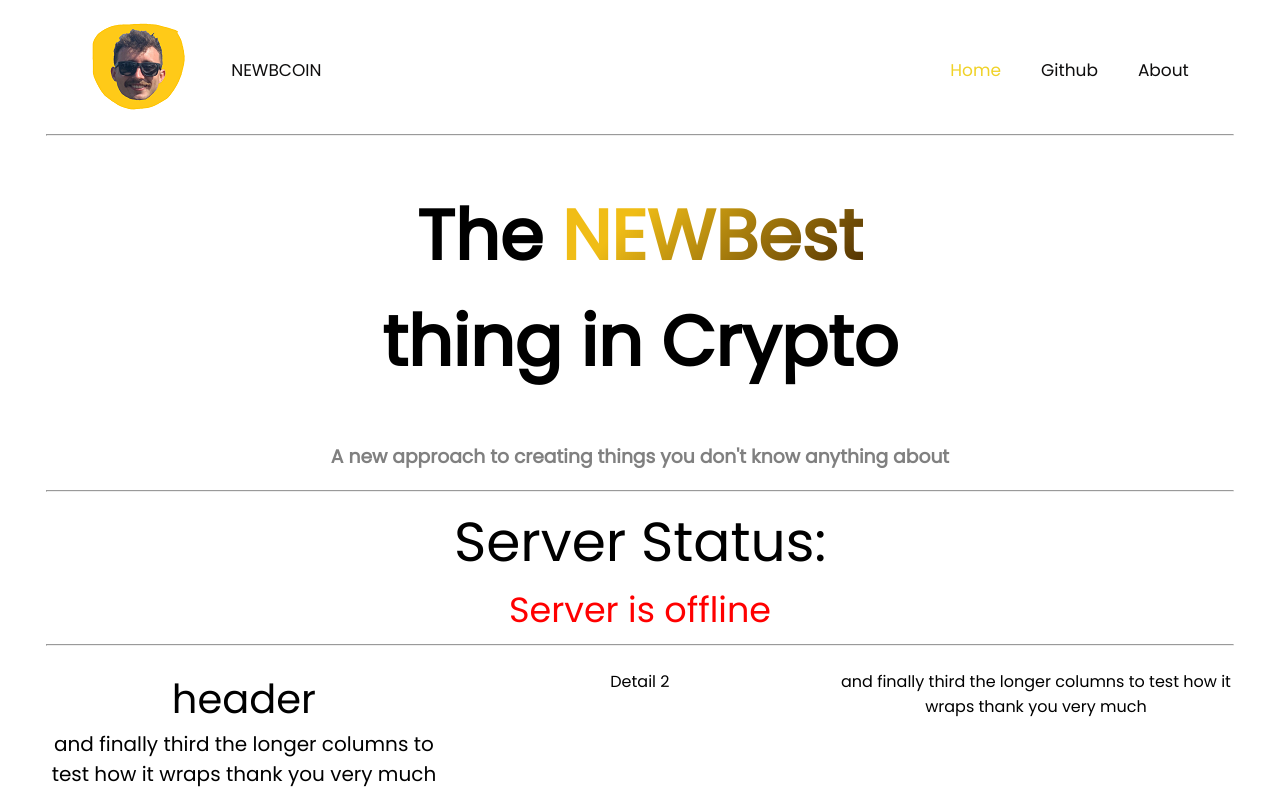
Repository: heartcut/NEWBCOINsite
Page: index.html
The author's editor kept a copy of each file at every save. The page is drawn from the files as they stood at one save, then again after the next save.
The browser window is 1280 px wide. The pictures show the whole page.
The page's requests for data from a server got no answer.

Above is the page before, as saved 2022-02-09 02:17:57.

### index.html
<!doctype html>

<html lang="en">

<head>
    <meta charset="utf-8">
    <meta name="viewport" content="width=device-width, initial-scale=1">

    <title>NEWBCOIN</title>
    <meta name="description" content="A simple HTML5 Template for new projects.">
    <meta name="author" content="SitePoint">

    <meta property="og:title" content="NEWBCOIN">
    <meta property="og:type" content="website">
    <meta property="og:url" content="https://www.sitepoint.com/a-basic-html5-template/">
    <meta property="og:description" content="A simple HTML5 Template for new projects.">
    <meta property="og:image" content="image.png">

    <link rel="icon" type="image/png" href="favicon-32x32.png">

    <link rel="stylesheet" href="styles.css">

    <link rel="preconnect" href="https://fonts.googleapis.com">
    <link rel="preconnect" href="https://fonts.gstatic.com" crossorigin>
    <link href="https://fonts.googleapis.com/css2?family=Poppins:wght@100;400&display=swap" rel="stylesheet">
</head>

<body style="font-family:'Poppins', sans-serif;">
    <div class="topnav">
        <img src="newbcoinlogo.png" id="navbarleft" style="vertical-align:middle;" alt="logo" />

        <a href="#news" id="navbarleft">
            NEWBCOIN
        </a>


        <a href="#contact">About</a>
        <a href="#about">Github</a>
        <a class="active" href="#home">Home</a>
    </div>
    <hr style="margin-left: 3%;margin-right: 3%;color:rgb(168, 168, 163)">


    <h1 style="text-align: center;font-size: 70px;">
        The
        <span
            style="background: -webkit-linear-gradient(315deg,#f0bd16 25%,#462801);background-clip: text;-webkit-background-clip: text;-webkit-text-fill-color: transparent;">
            NEWBest</span>
        <div>thing in Crypto</div>

    </h1>
    <h3 style="text-align: center;color: grey;">A new approach to creating things you don't know anything about</h3>
    <hr style="margin-left: 3%;margin-right: 3%;color:rgb(168, 168, 163)">


    <div style="text-align: center;font-size: 55px;">Server Status:</div>
    <div style="text-align: center;font-size: 35px;" class="statusofserver">Checking Server Status...</div>

    <hr style="margin-left: 3%;margin-right: 3%;color:rgb(168, 168, 163)">

    <div class="featuresrow" style="text-align: center;padding-top: 15px;margin-left: 3%;margin-right: 3%;">
        <div class="featurescolumn">
            <div style="font-size: 40px;">header</div>
            <div style="font-size: 20px;">and finally third the longer columns to test how it wraps thank you very much
            </div>
        </div>
        <div class="featurescolumn"> Detail 2</div>
        <div class="featurescolumn">and finally third the longer columns to test how it wraps thank you very much</div>
    </div>

    <script src="scripts.js"></script>
</body>

</html>

### styles.css
/* Add a black background color to the top navigation */
.topnav {
  overflow: hidden;
  padding-left: 5%;
  padding-right: 5%;
  }

  /* Style the links inside the navigation bar */
  .topnav a,img {
    float: right;
    color: #0e0d0d;
    padding: 15px 20px;
    text-decoration: none;
    text-align: center;
    font-size: 17px;

  }
  .topnav a {
    margin-top: 34px;

  }
  /* Change the color of links on hover */
  .topnav a:hover {
    color: rgb(240, 210, 40);
  }
 #navbarleft{
     float: left;
 }
  /* Add a color to the active/current link */
  .topnav a.active {
    color: rgb(240, 210, 40);
  }

  .featurescolumn {
    float: left;
    width: 33.33%;
  }

  /* Clear floats after the columns */
  .featuresrow:after {
    content: "";
    display: table;
    clear: both;
  }

### scripts.js

window.onload = function () {
    //collection[0].innerHTML = "Server is online";
    getstatus();

};

async function getstatus() {
    try {
        var uri = 'http://google.com'
        //var uri = 'http://127.0.0.1:5000/api/statuscheck/'
        var xhr = new XMLHttpRequest();
        xhr.open("GET", uri, false);
        xhr.send(null);
        const collection = document.getElementsByClassName("statusofserver");
        collection[0].innerHTML = "Server is online";
        collection[0].style.color = "green";
    }
    catch (err) {
        //is offline

        const collection = document.getElementsByClassName("statusofserver");
        collection[0].innerHTML = "Server is offline";
        collection[0].style.color = "red";
    }

    // if (xhr.status == 200) {
    //     //is online
    //     const collection = document.getElementsByClassName("statusofserver");

    //     collection[0].innerHTML = "Server is online";
    //     collection[0].style.color = "green";
    // }
    // else {
    //     //is offline
    //     const collection = document.getElementsByClassName("statusofserver");

    //     collection[0].innerHTML = "Server is offline";
    //     collection[0].style.color = "red";
    // }

}

After the next save:
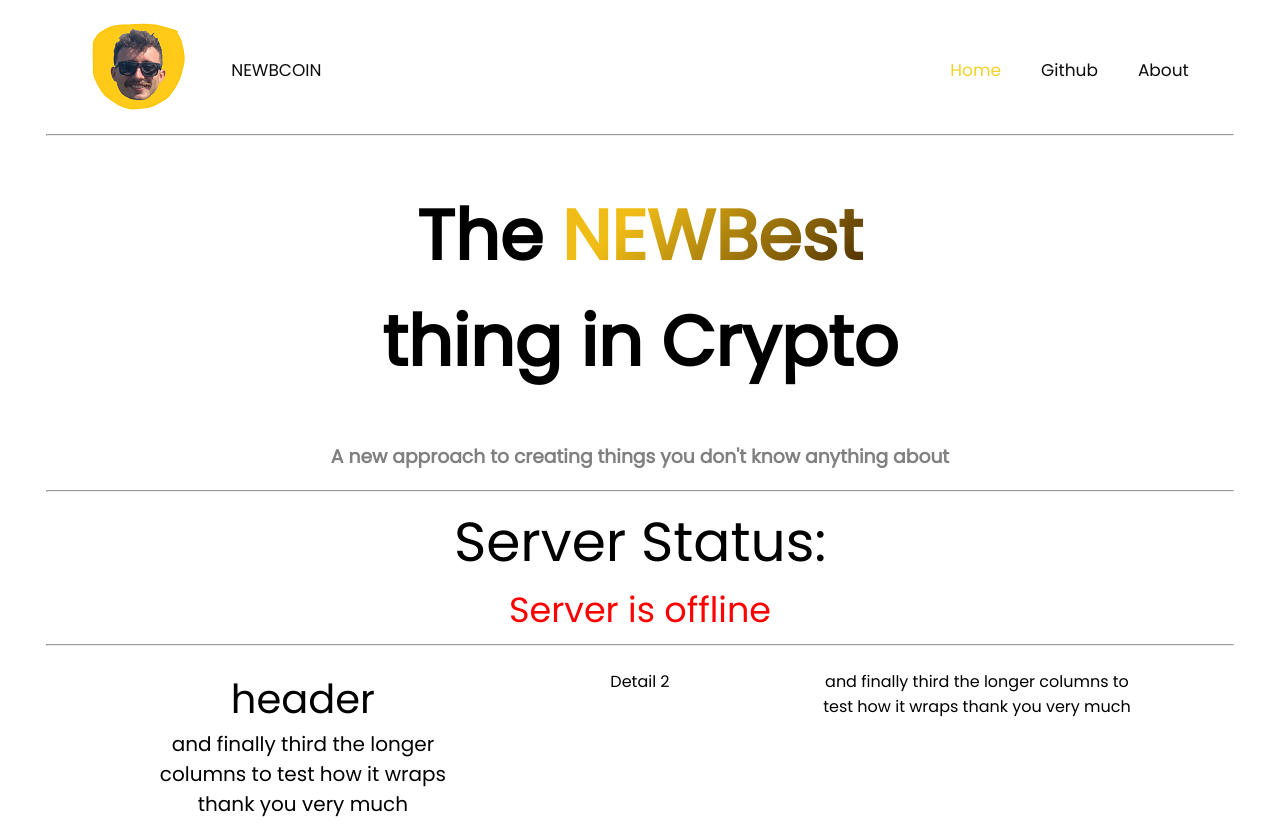
Saved 10 s later.
--- a/index.html
+++ b/index.html
@@ -58,7 +58,7 @@
 
     <hr style="margin-left: 3%;margin-right: 3%;color:rgb(168, 168, 163)">
 
-    <div class="featuresrow" style="text-align: center;padding-top: 15px;margin-left: 3%;margin-right: 3%;">
+    <div class="featuresrow" style="text-align: center;padding-top: 15px;margin-left: 10%;margin-right: 10%;">
         <div class="featurescolumn">
             <div style="font-size: 40px;">header</div>
             <div style="font-size: 20px;">and finally third the longer columns to test how it wraps thank you very much
